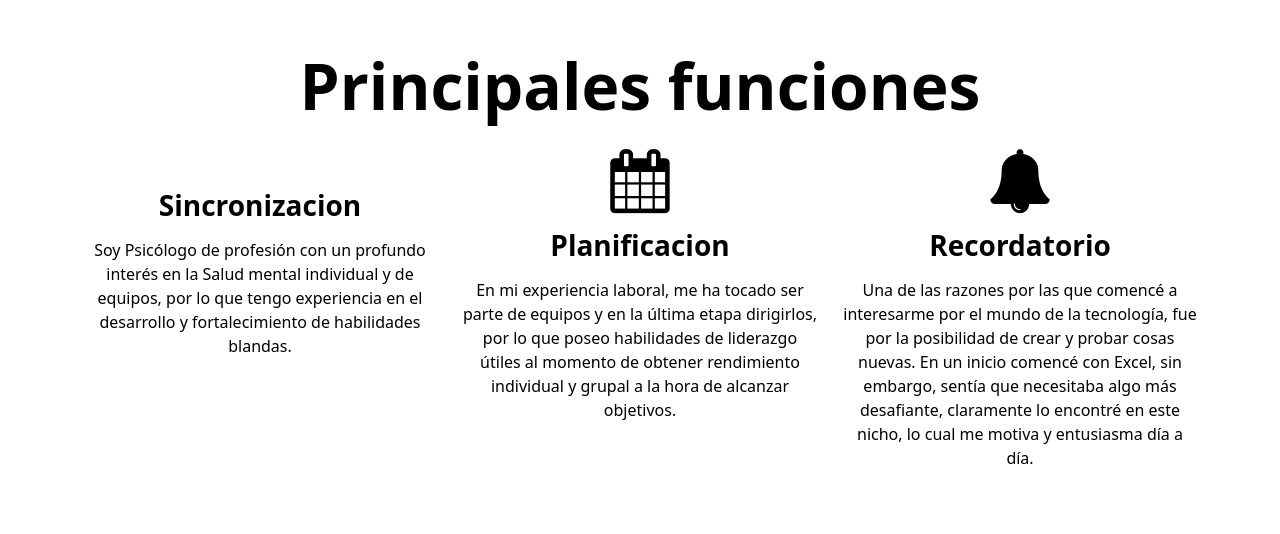
Repository: cvalenciapatagonia/Desafio-4-React-I
Page: /
The author's editor kept a copy of each file at every save. The page is drawn from the files as they stood at one save, then again after the next save.
The browser window is 1280 px wide. The pictures show the part of the page from y = 698 to 1232 px (the page is 2123 px tall).
Pictures or frames that could not be fetched are drawn as grey boxes. The page's requests for data from a server got no answer. The project was rebuilt for these pictures with package versions that can differ from the ones it lists, and the page was loaded fresh each time. No one was signed in, and anything a server would have sent is missing. Also part of the build but not shown: vite.config.js, src/App.css.

Above is the page before, as saved 2023-09-08 14:41:29.

After the next save:
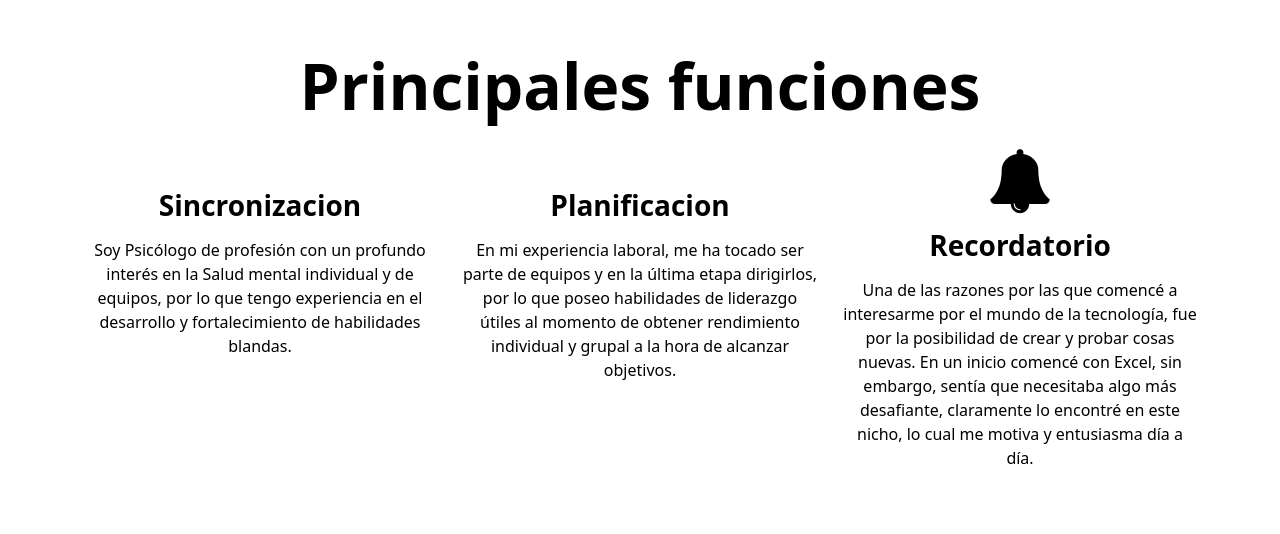
Saved 67 s later.
--- a/src/App.jsx
+++ b/src/App.jsx
@@ -107,7 +107,7 @@
             </p>
           </div>
           <div className="col-12 col-md-4">
-          <i className="fa fa-calendar fa-4x"></i>
+          <i className="fa fa-calendar-check fa-4x"></i>
             <h3 className="my-3 fw-bold">Planificacion</h3>
             <p className="my-3">
               En mi experiencia laboral, me ha tocado ser parte de equipos y en

After the save that followed:
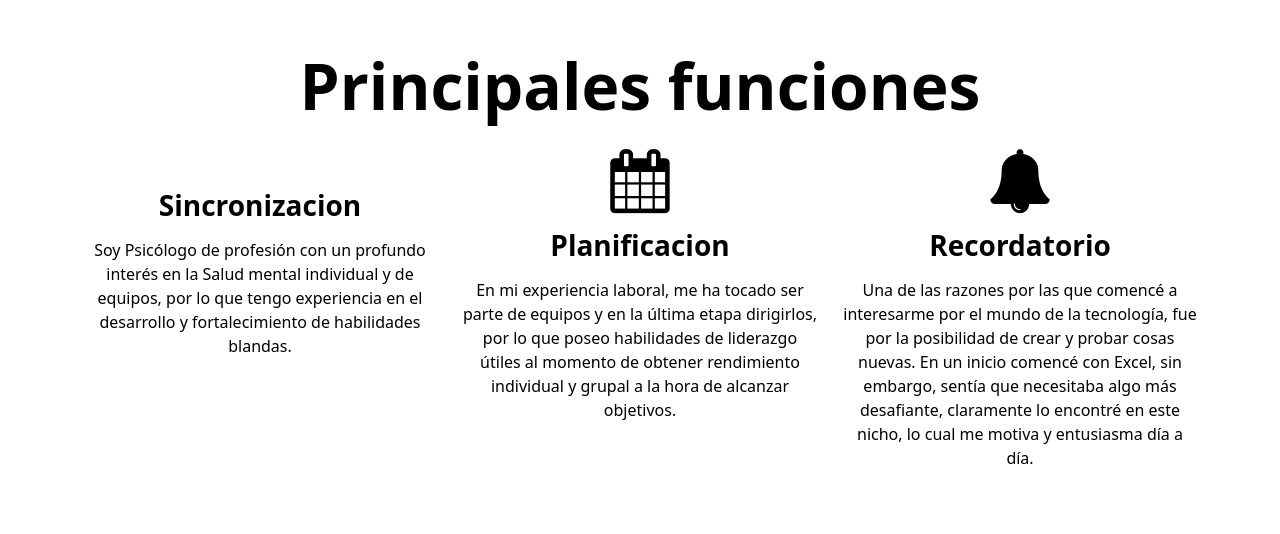
Saved 7 s later.
--- a/src/App.jsx
+++ b/src/App.jsx
@@ -107,7 +107,7 @@
             </p>
           </div>
           <div className="col-12 col-md-4">
-          <i className="fa fa-calendar-check fa-4x"></i>
+          <i className="fa fa-calendar fa-4x"></i>
             <h3 className="my-3 fw-bold">Planificacion</h3>
             <p className="my-3">
               En mi experiencia laboral, me ha tocado ser parte de equipos y en
